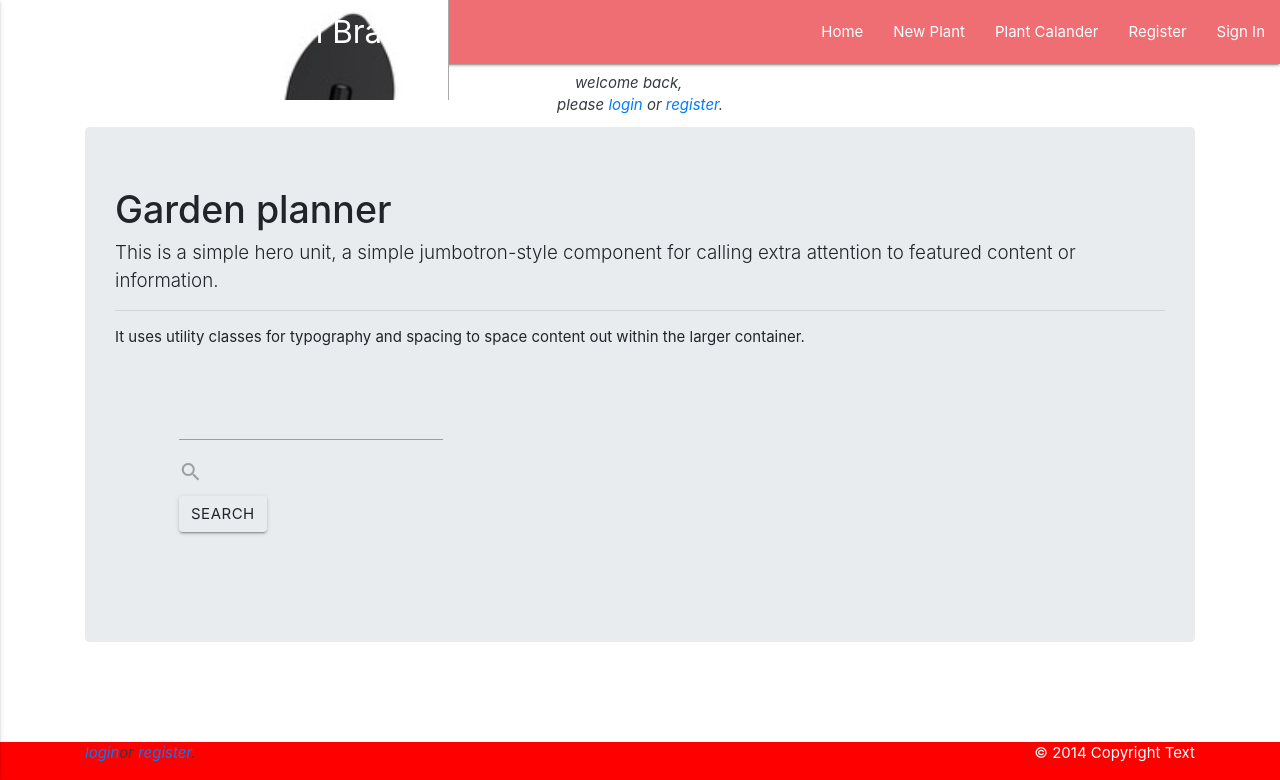
Repository: Lemoenskil/Milestone_project_3_Garden_planner
Page: http://localhost/
The author's editor kept a record of every edit. The page is drawn from the files as they stood at one moment, then again after the next edit.
The browser window is 1280 px wide. The pictures show the whole page.
Some web libraries are served in a nearby version. The page is served by the project's application, run on Flask 3 (app.py). Queries for data that is not in the repository find no rows.

Above is the page before.
Console error: TypeError: $(...).floatingActionButton is not a function

After the next edit:
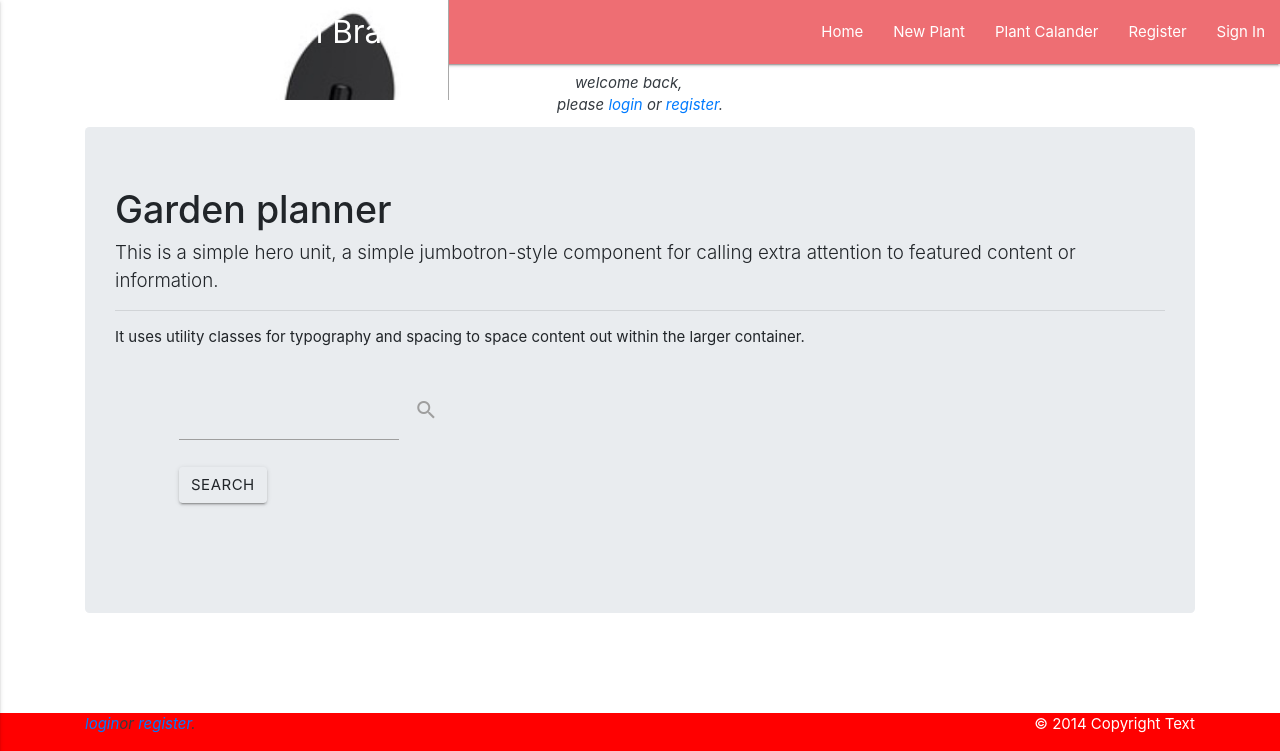
The edit:
--- a/templates/plant_records.html
+++ b/templates/plant_records.html
@@ -10,7 +10,7 @@
       <form class="col-lg-12" id="search-site" action="{{ url_for('search') }}" ' method='get '>
         <div class="input-group mt-5 col-12">
           <div class="col-4">
-          <label><input id="search" type="search" name='query'><i class="material-icons" >search</i></label>
+          <label><input id="search" type="search" name='query' class="col-9"><i class="material-icons col-2" >search</i></label>
           </div>
           <div class="col-4">
           <button type="submit" class="input-group-addon btn">search</button>
